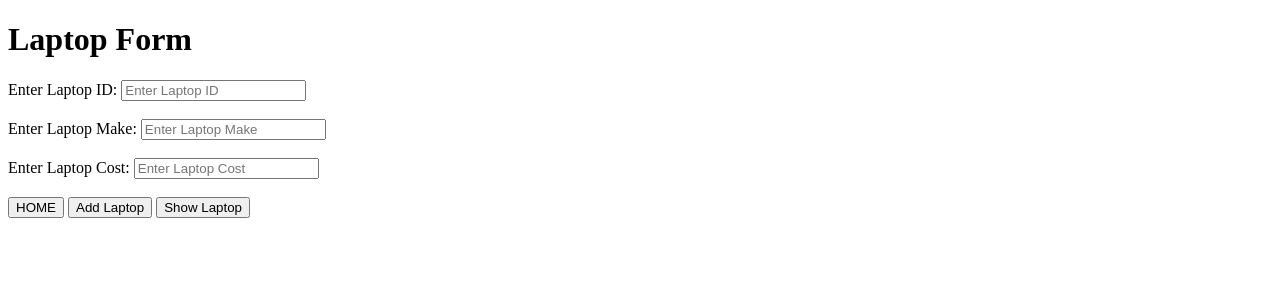
Repository: satvikagrasani/Spring-WorkSpace
Page: SpringMVC/WebAppDemo/AssignmentApp/src/main/webapp/index.html
An editor plug-in stored every save of this project. The page is shown before and after the next save, followed by the edit.
The browser window is 1280 px wide. The pictures show the whole page.

Above is the page before, as saved 2023-08-22 03:54:28.

After the next save:
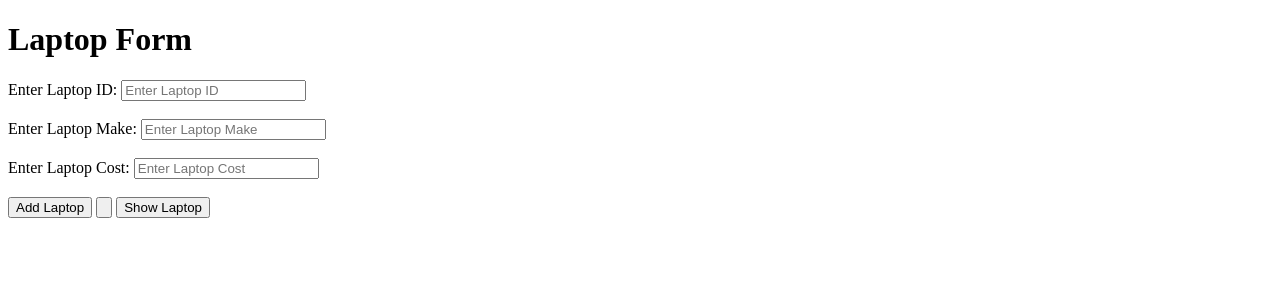
Saved 15 s later.
--- a/SpringMVC/WebAppDemo/AssignmentApp/src/main/webapp/index.html
+++ b/SpringMVC/WebAppDemo/AssignmentApp/src/main/webapp/index.html
@@ -12,8 +12,8 @@
 		Enter Laptop ID: <input type="number" name="ID" placeholder="Enter Laptop ID" /><br><br>
 		Enter Laptop Make: <input type="text" name="Make" placeholder="Enter Laptop Make"/><br><br>
 		Enter Laptop Cost: <input type="number" name="Cost" placeholder="Enter Laptop Cost"/><br><br>
-		<button onclick="window.location.href = 'add';">HOME</button>
-		<input type="submit" value="Add Laptop"/>
+		<button onclick="window.location.href = 'add'">Add Laptop</button>
+		<input type="submit" value=""/>
 		<input type="button" value="Show Laptop"/>
 	</form>
 </body>
